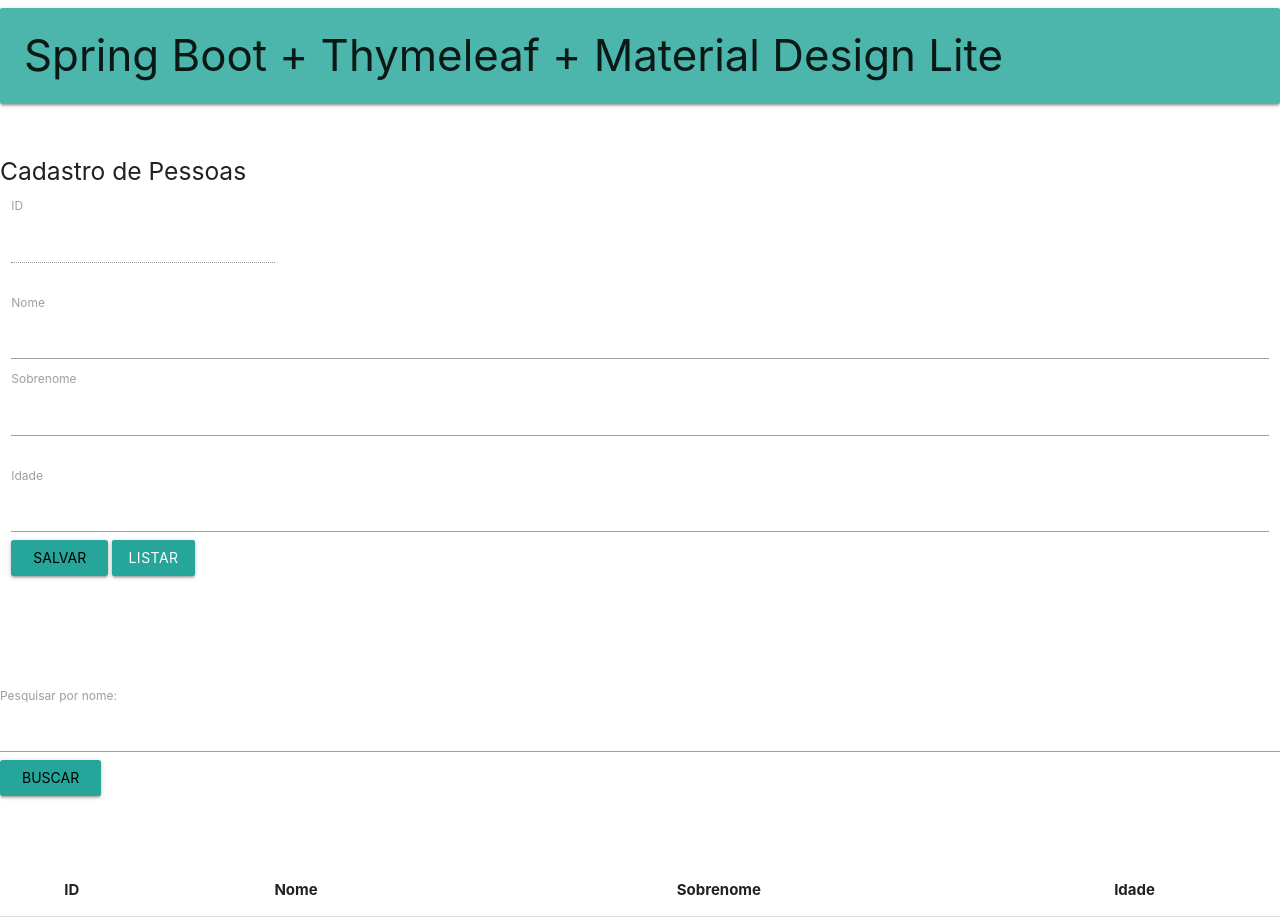
Repository: wendell-comp/Sistema-de-Gestao-de-Pessoas
Page: http://localhost/cadastro/cadastropessoa
These files come from the project's save history. The page is drawn as it stood at one moment and after the next save; the edit follows.
The browser window is 1280 px wide. The pictures show the whole page.
The page is this project's Thymeleaf template; nobody is signed in. The template is opened directly, without the code that normally fills it, so the values that code supplies are empty.

Above is the page before, as saved 2021-02-09 19:14:48.

After the next save:
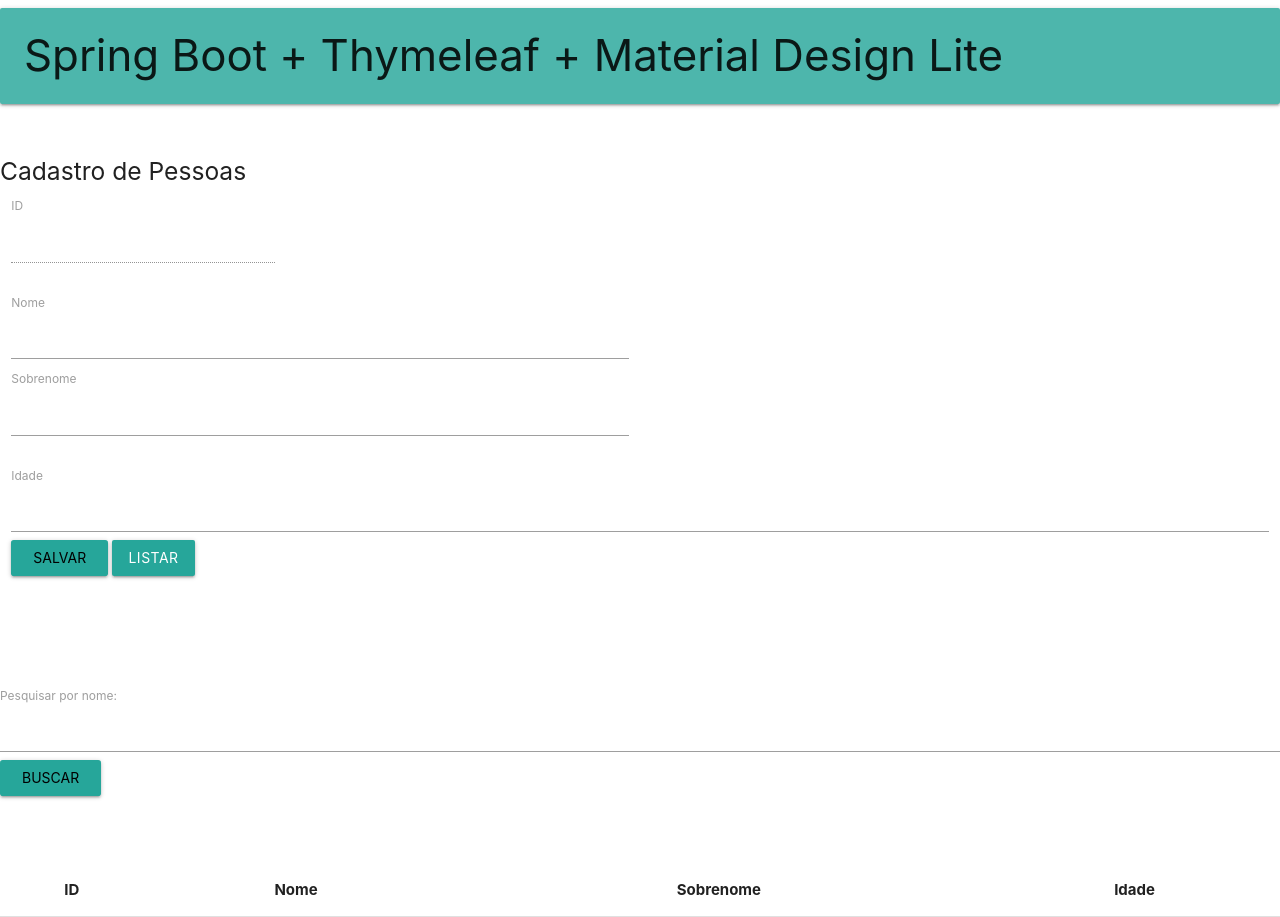
Saved 14 s later.
--- a/springboot/src/main/resources/templates/cadastro/cadastropessoa.html
+++ b/springboot/src/main/resources/templates/cadastro/cadastropessoa.html
@@ -31,7 +31,7 @@
 			</div>
 
 			<div class="row">
-				<div class="input-fiel col s12">
+				<div class="input-fiel col s6">
 					<label for="nome" class="active">Nome</label>
 					<input name="nome" th:field="*{nome}">
 
